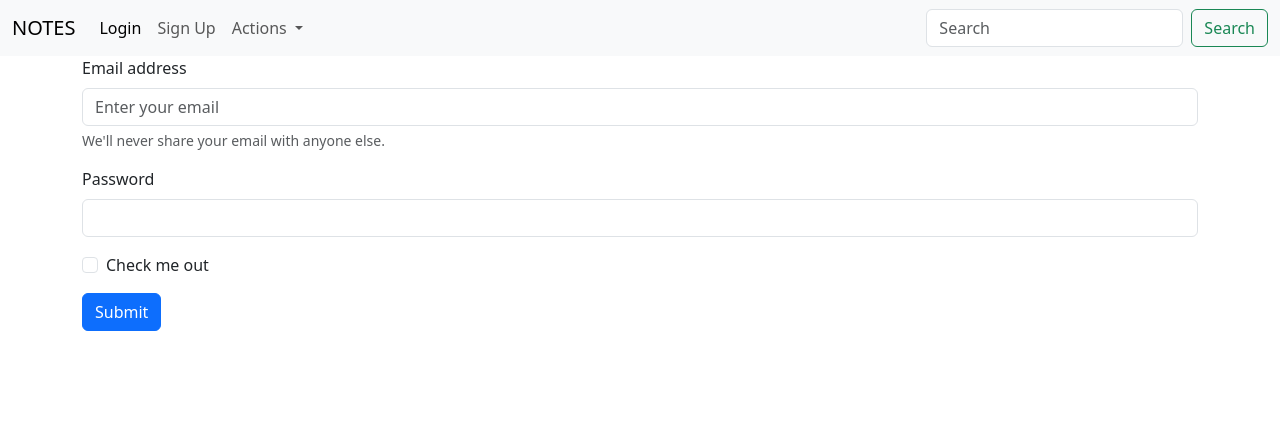
Repository: Qu4ntumGuy/flask-notes
Page: http://localhost/signup
These files come from the project's save history. The page is drawn as it stood at one moment and after the next save; the edit follows.
The browser window is 1280 px wide. The pictures show the whole page.
The page is served by the project's application, run on Flask 3 (website/__init__.py).

Above is the page before, as saved 2024-05-30 19:17:06.

After the next save:
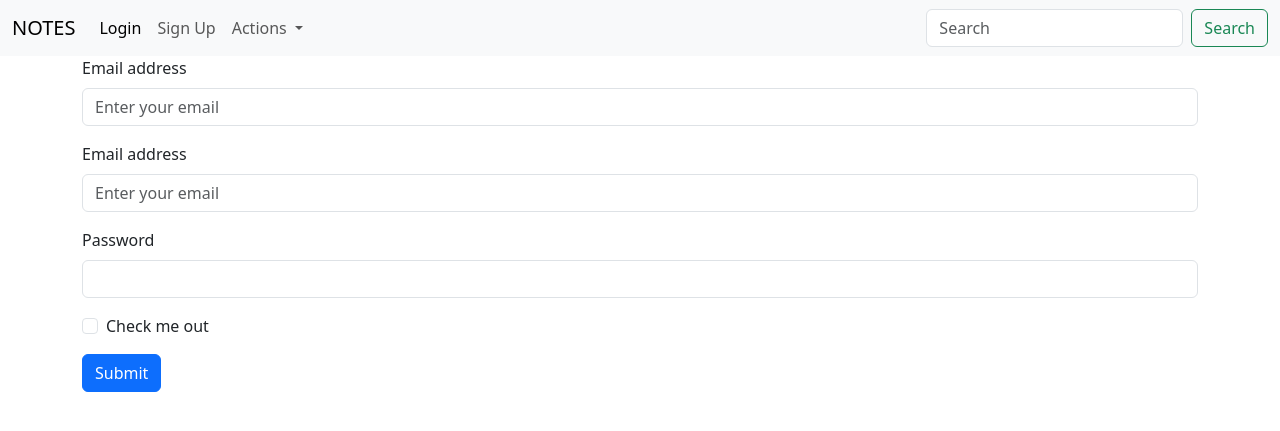
Saved 65 s later.
--- a/website/templates/signup.html
+++ b/website/templates/signup.html
@@ -5,8 +5,11 @@
     <div class="mb-3">
       <label for="email" class="form-label">Email address</label>
       <input type="email" class="form-control" id="email" aria-describedby="emailHelp" name="email" placeholder="Enter your email">
-      <div id="emailHelp" class="form-text">We'll never share your email with anyone else.</div>
     </div>
+    <div class="mb-3">
+        <label for="email" class="form-label">Email address</label>
+        <input type="email" class="form-control" id="email" aria-describedby="emailHelp" name="email" placeholder="Enter your email">
+      </div>
     <div class="mb-3">
       <label for="exampleInputPassword1" class="form-label">Password</label>
       <input type="password" class="form-control" id="exampleInputPassword1">
